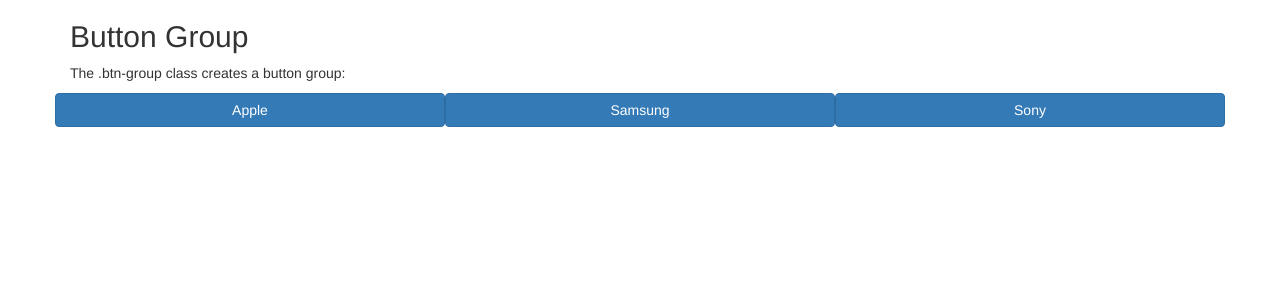
Repository: rsusolutions/RSU-Website
Page: quiz/index2.html
The author's editor kept a copy of each file at every save. The page is drawn from the files as they stood at one save, then again after the next save.
The browser window is 1280 px wide. The pictures show the whole page.

Above is the page before, as saved 2020-04-21 13:32:59.

After the next save:
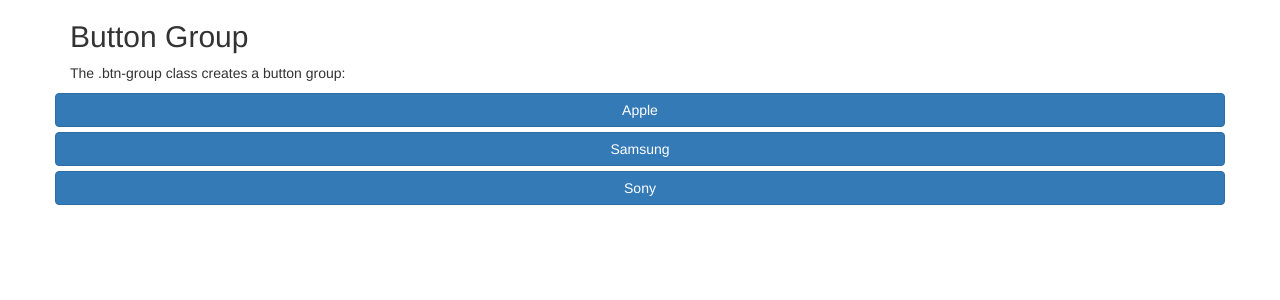
Saved 17 s later.
--- a/quiz/index2.html
+++ b/quiz/index2.html
@@ -21,9 +21,9 @@
   <h2>Button Group</h2>
   <p>The .btn-group class creates a button group:</p>
   <div class="  row">
-    <button type="button "  class="btn btn-primary  col col-md-4">Apple</button>
-    <button type="button"  class="btn btn-primary col col-md-4">Samsung</button>
-    <button type="button"  class="btn btn-primary col col-md-4">Sony</button>
+    <button type="button "  class="btn btn-primary btn-block col col-md-4">Apple</button>
+    <button type="button"  class="btn btn-primary btn-block col col-md-4">Samsung</button>
+    <button type="button"  class="btn btn-primary btn-block col col-md-4">Sony</button>
   </div>
 </div>
 
